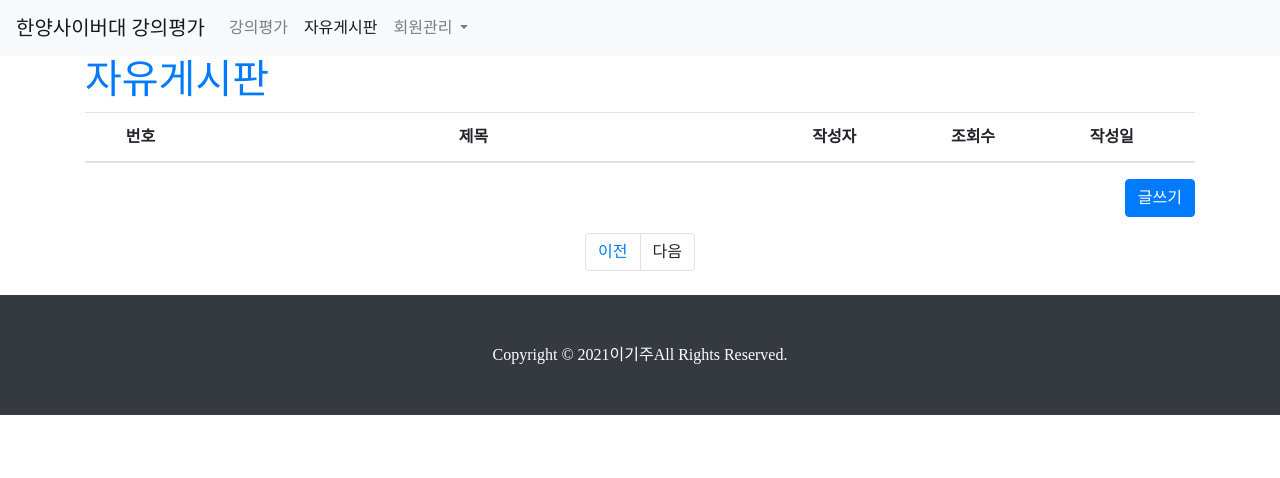
Repository: lkjjjang/hycu
Page: http://localhost/hycujjang/freeBoard.jsp
The author's editor kept a copy of each file at every save. The page is drawn from the files as they stood at one save, then again after the next save.
The browser window is 1280 px wide. The pictures show the whole page.
Some web fonts or font styles are not loaded; a fallback is used. The page is served by Tomcat 9. Nobody is signed in. The application's start-up code is not run. The template is opened directly, without the code that normally fills it, so the values that code supplies are empty.

Above is the page before, as saved 2022-01-02 07:06:49.

After the next save:
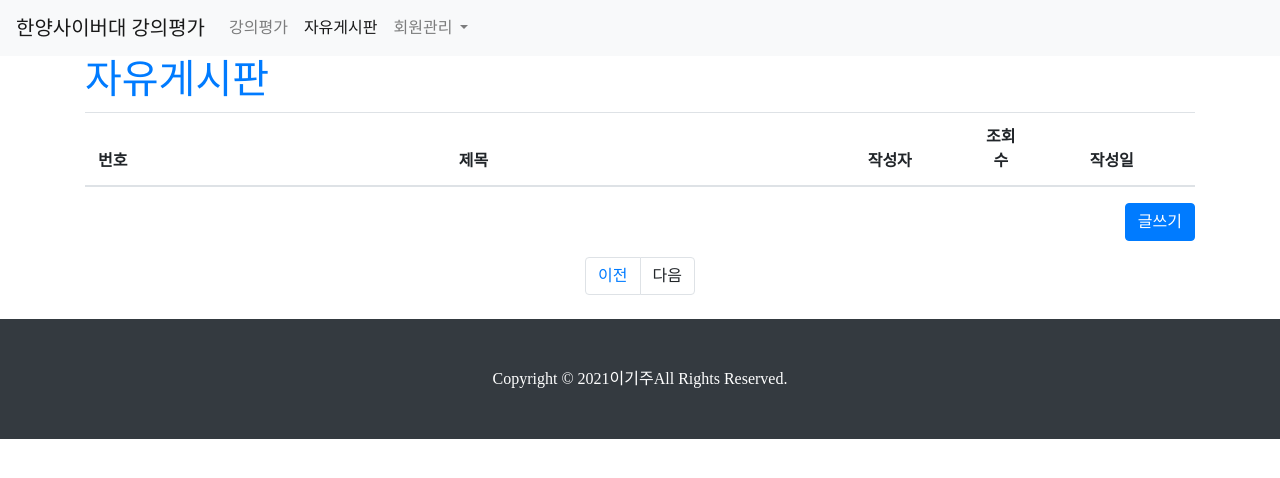
Saved 43 s later.
--- a/hycujjang/WebContent/freeBoard.jsp
+++ b/hycujjang/WebContent/freeBoard.jsp
@@ -53,10 +53,10 @@
   		</h1>
 			<table class="table table-hover">
 				<colgroup>
-					<col width="10%"/>
-					<col width="50%"/>
+					<col width="5%"/>
+					<col width="60%"/>
 					<col width="15%"/>
-					<col width="10%"/>
+					<col width="5%"/>
 					<col width="15%"/>
 				</colgroup>
 				<thead style="text-align: center;">

After the save that followed:
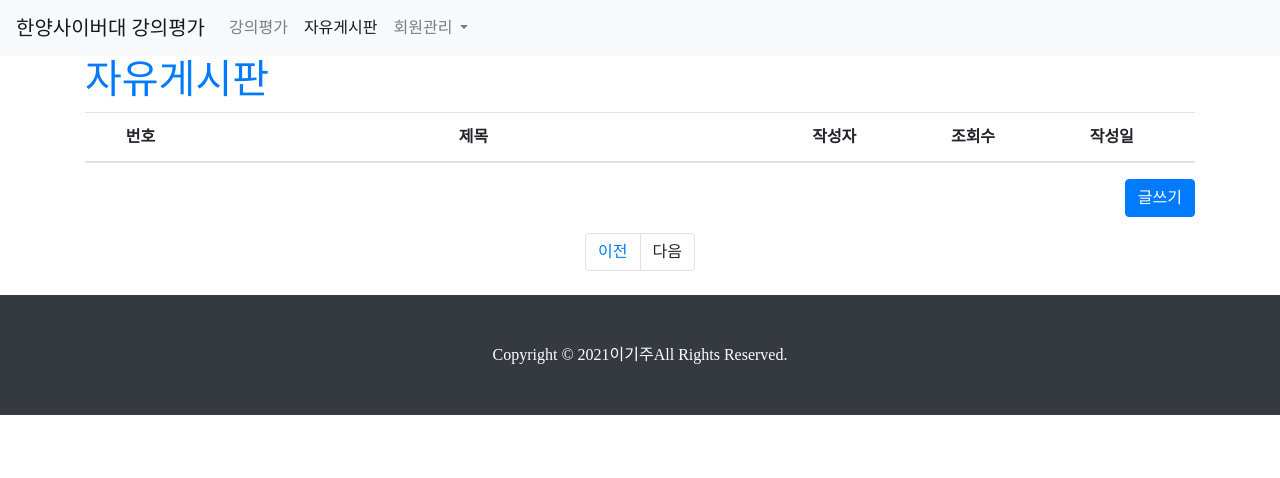
Saved 11 s later.
--- a/hycujjang/WebContent/freeBoard.jsp
+++ b/hycujjang/WebContent/freeBoard.jsp
@@ -53,10 +53,10 @@
   		</h1>
 			<table class="table table-hover">
 				<colgroup>
-					<col width="5%"/>
-					<col width="60%"/>
+					<col width="10%"/>
+					<col width="50%"/>
 					<col width="15%"/>
-					<col width="5%"/>
+					<col width="10%"/>
 					<col width="15%"/>
 				</colgroup>
 				<thead style="text-align: center;">
